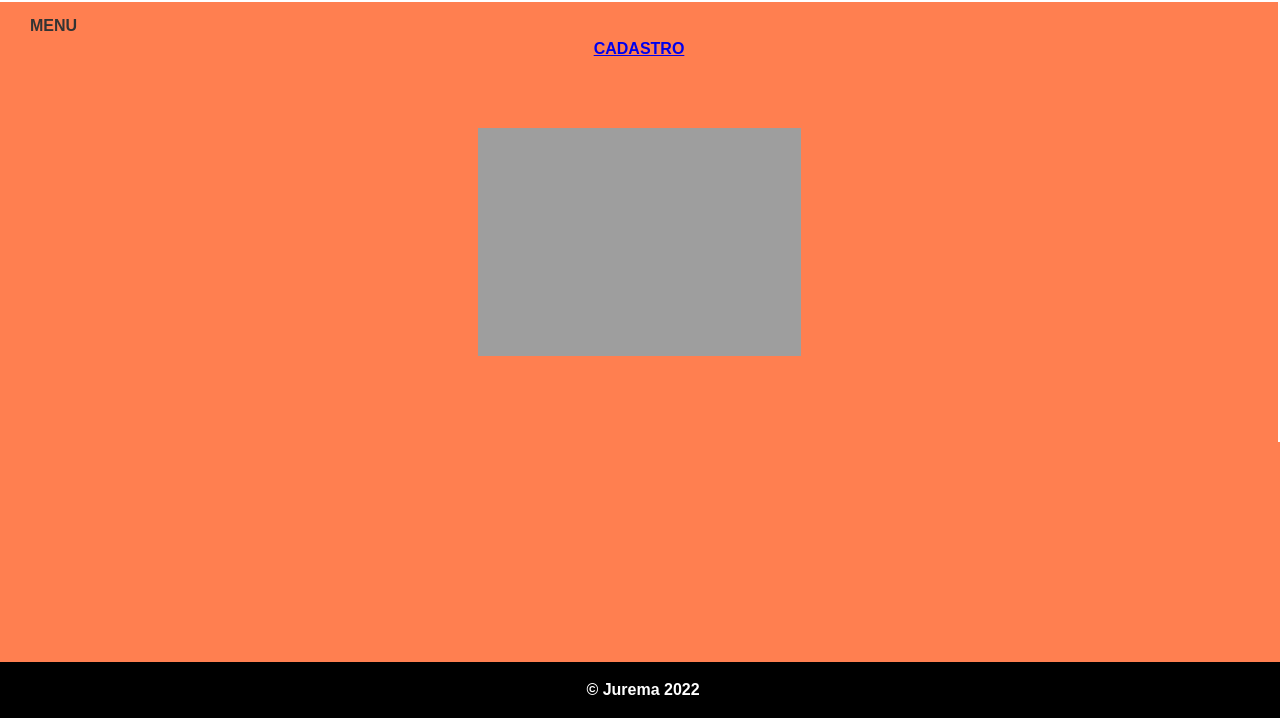
Repository: devropaes/RECEITAS
Page: OneDrive/Área de Trabalho/Estudos/Estácio/receitas/cadastro.html
An editor plug-in stored every save of this project. The page is shown before and after the next save, followed by the edit.
The browser window is 1280 px wide. The pictures show the whole page.
Pictures or frames that could not be fetched are drawn as grey boxes.

Above is the page before, as saved 2024-03-09 16:45:17.

### OneDrive/Área de Trabalho/Estudos/Estácio/receitas/cadastro.html
<!DOCTYPE html>
<html lang="pt-br" class= "geolocation webworkers canvas video webanimations preserve3d supports no-touchevents cssfilters flexbox csstransforms dynamicscrollevents videoupload">
<head>
    <meta charset="UTF-8">
    <meta http-equiv="X-UA-Compatible" content="IE=edge">
    <meta name="viewport" content="width=device-width, initial-scale=1.0">
    <meta http-equiv=Rresh content="0"; URL="/noscript">
    <meta name=google-site-verification content=XYO55ZpIpcrJHnE4syh6g2qvOn25m2y3g5cDFUJ0T30>

    <title>MENU</title>
    <link rel="stylesheet" href="./formatos.css">
    </head>

    <body>
    <header class="cabecalho">
      <nav class="cabecalho__menu">
          <a class="cabecalho__menu__link" href="index.html">MENU</a>
      </nav>
      <nav class="cabecalho__cadastro"></nav>
          <a class="cabecalho__cadastro__link" href="index.html">CADASTRO</a>
      </nav>
      </head>
      <main class="apresentacao">
        <section class="apresentacao__conteudo">
            <h1 class="apresentacao__conteudo__titulo">
              <img class="imageve medialayoutve " style="opacity: 1; z-index: 0; width: 323px; height: 228px; transform: scale(1); left: 0px; top: 0px; pointer-events: auto;" id="image_Ig0fHiJGwo3" src="https://eus-www.sway-cdn.com/s/5vAvCdLPxlEl682F/images/7zISiUNK_C9BLB?quality=657&amp;allowAnimation=true&amp;embeddedHost=true" alt="Captura de tela 2022-10-17 104530.png
 (Moderado)">

        </main>

            <footer class="rodape">
               <p>&copy; Jurema 2022 </p>
            </footer>

</body>
</html>

### OneDrive/Área de Trabalho/Estudos/Estácio/receitas/formatos.css



body {
    border-top: 2px solid #fff ;
    border-right: 2px solid #fff ;
    font-family: Arial, sans-serif;
    margin: 0;
    padding: 0;
    background-color:#ff7f50;
}

.cabecalho {
    font-family: "Krona One", sans-serif;
    font-weight: 600;
    background-color:#ff7f50;
    color: #333;
    padding: 10px;
    text-align: center;
}

.cabecalho__menu {
    font-family: "Krona One", sans-serif;
    font-weight: 600;
    background-color:#ff7f50;
    display: flex;
    justify-content: left;
    color:black;

}

.cabecalho__menu__link {
    font-family: "Krona One", sans-serif;
    font-weight: 600;
    color: #333;
    text-decoration: none;
    padding: 5px 10px;
    margin: 0 10px;
    pad: 50px;
}

.apresentacao {
    font-family: "Krona One", sans-serif;
    font-weight: 600;
    background-color: #ff7f50;
    text-align: center;
    padding: 50px;
}

.apresentacao__conteudo {
    img: 33x32px;
    font-family: "Krona One", sans-serif;
    font-weight: 600;
    max-width: 600px;
    margin: 0 auto;
    pad: 60px;
}


.apresentacao__conteudo__titulo {

    font-family: "Krona One", sans-serif;
    font-weight: 600;
    color: #333;
    pad:62px;

}


.rodape {
    background-color: #000;
    color: #fff;
    text-align: center;
    padding: 3px;
    position: fixed;
    left: 0; /* Alteração aqui para fixar o rodapé no lado esquerdo */
    bottom: 0;
    width: 100%;
    margin: 0;
    max-width: 100%;
    border-bottom: 2px solid #fff ;
}

After the next save:
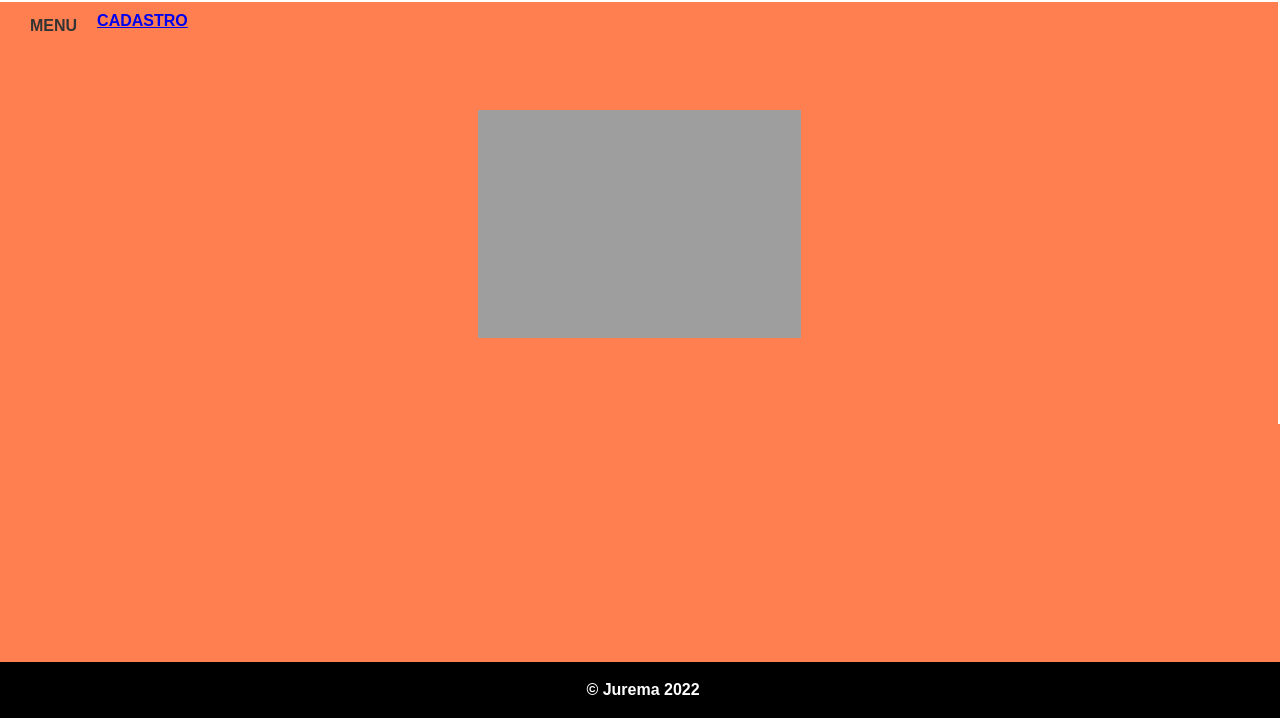
Saved 3 min 37 s later.
--- a/OneDrive/Área de Trabalho/Estudos/Estácio/receitas/cadastro.html
+++ b/OneDrive/Área de Trabalho/Estudos/Estácio/receitas/cadastro.html
@@ -15,8 +15,6 @@
     <header class="cabecalho">
       <nav class="cabecalho__menu">
           <a class="cabecalho__menu__link" href="index.html">MENU</a>
-      </nav>
-      <nav class="cabecalho__cadastro"></nav>
           <a class="cabecalho__cadastro__link" href="index.html">CADASTRO</a>
       </nav>
       </head>
